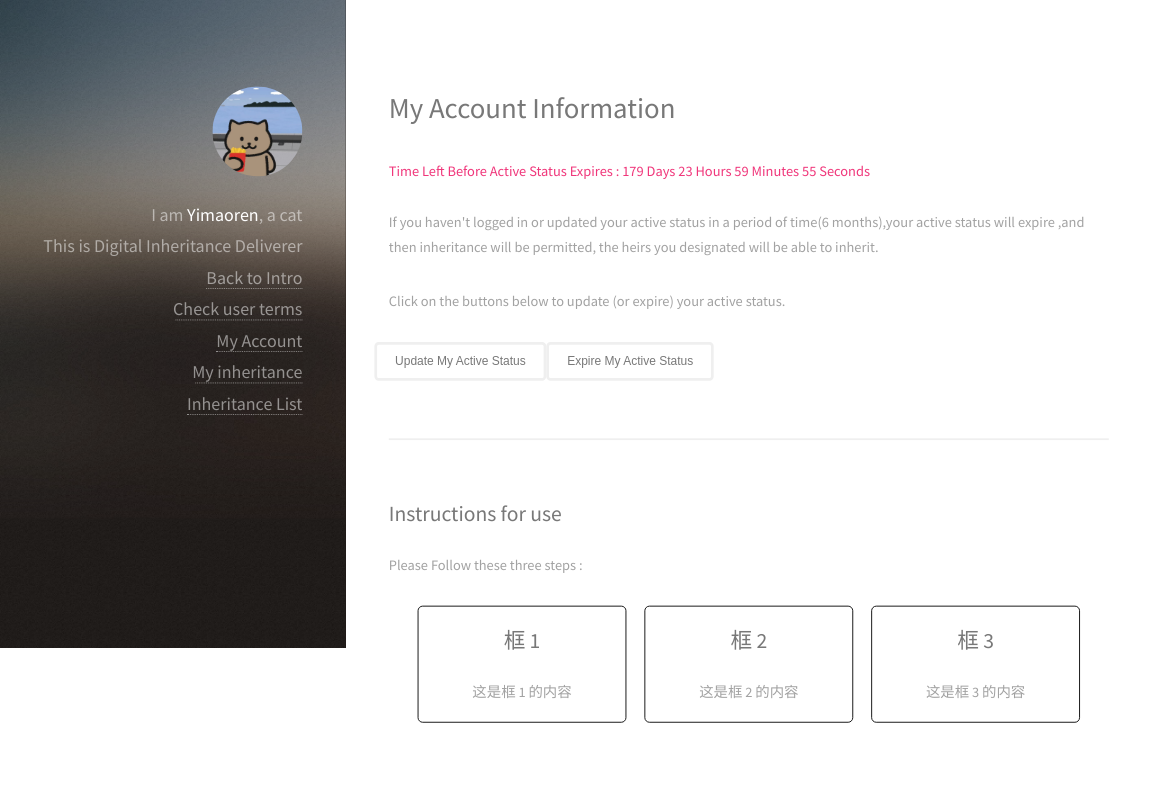
Repository: 1mocat/DID-blockchain-project
Page: Digital_I_D/app/src/myaccount.html
The author's editor kept a copy of each file at every save. The page is drawn from the files as they stood at one save, then again after the next save.
The browser window is 1280 px wide. The pictures show the whole page, at 90% of full size.

Above is the page before, as saved 2023-10-02 16:54:48.

After the next save:
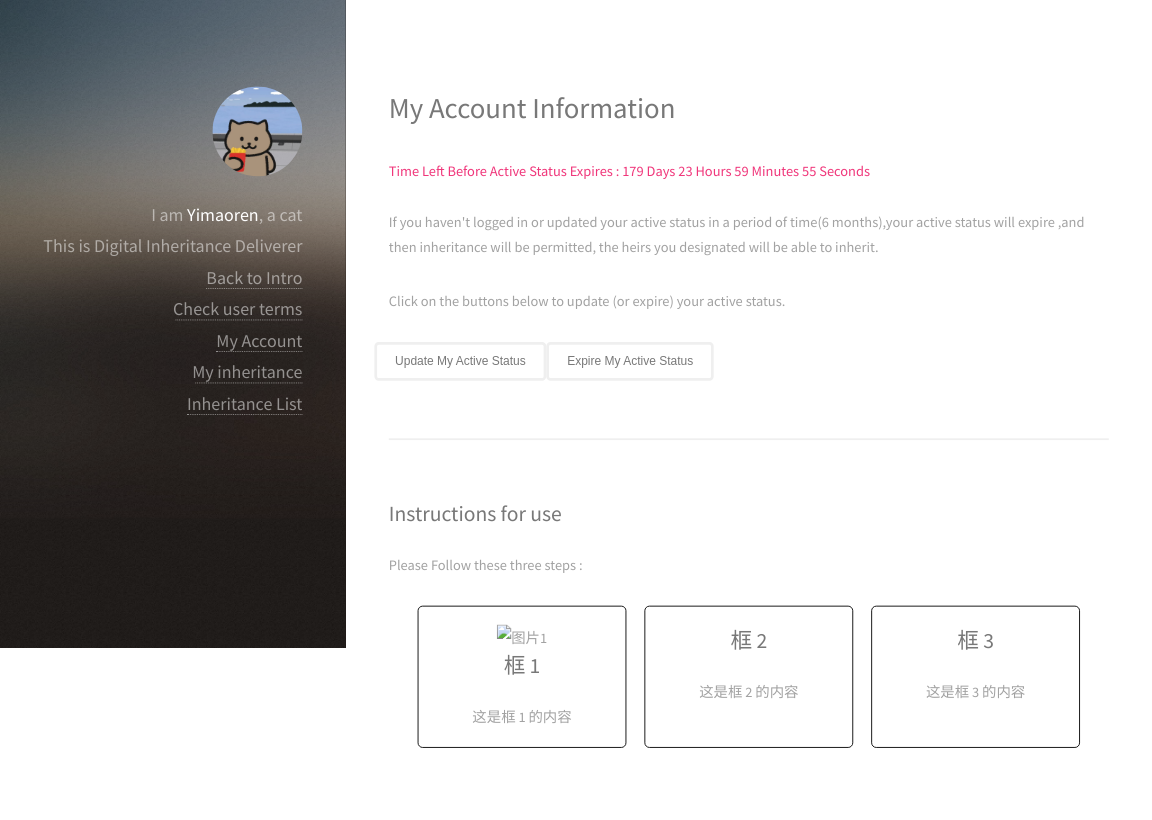
Not found: Digital_I_D/app/src/图片1的URL
Saved 14 min 53 s later.
--- a/Digital_I_D/app/src/myaccount.html
+++ b/Digital_I_D/app/src/myaccount.html
@@ -109,6 +109,7 @@
 			<p>Please Follow these three steps :</p>
 			<div class="container">
 				<div class="box">
+					<img src="图片1的URL" alt="图片1">
 					<h2>框 1</h2>
 					<p>这是框 1 的内容</p>
 				</div>

After the save that followed:
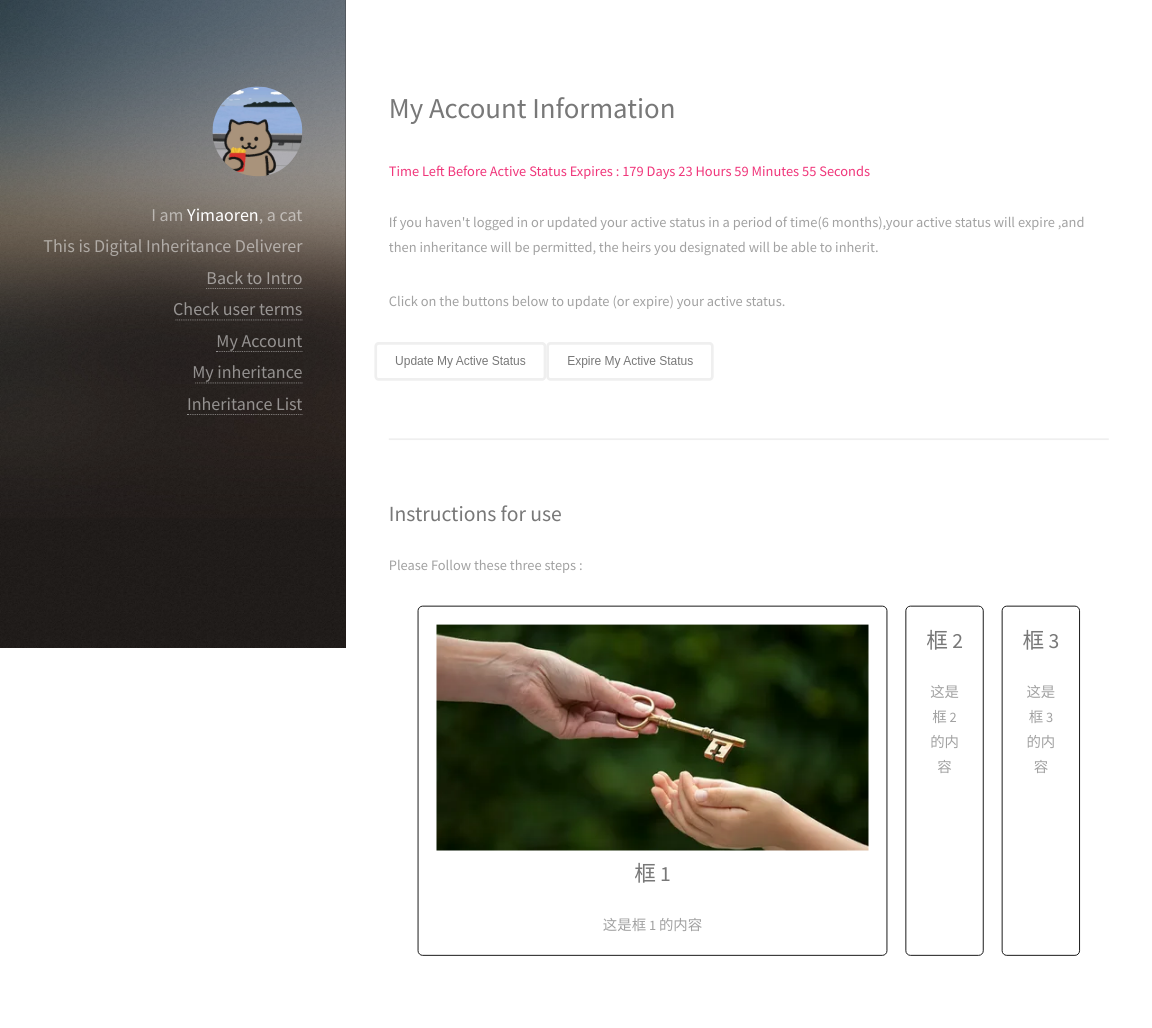
Saved 23 s later.
--- a/Digital_I_D/app/src/myaccount.html
+++ b/Digital_I_D/app/src/myaccount.html
@@ -109,7 +109,7 @@
 			<p>Please Follow these three steps :</p>
 			<div class="container">
 				<div class="box">
-					<img src="图片1的URL" alt="图片1">
+					<img src="images/my_img/key2.webp" alt="图片1">
 					<h2>框 1</h2>
 					<p>这是框 1 的内容</p>
 				</div>
